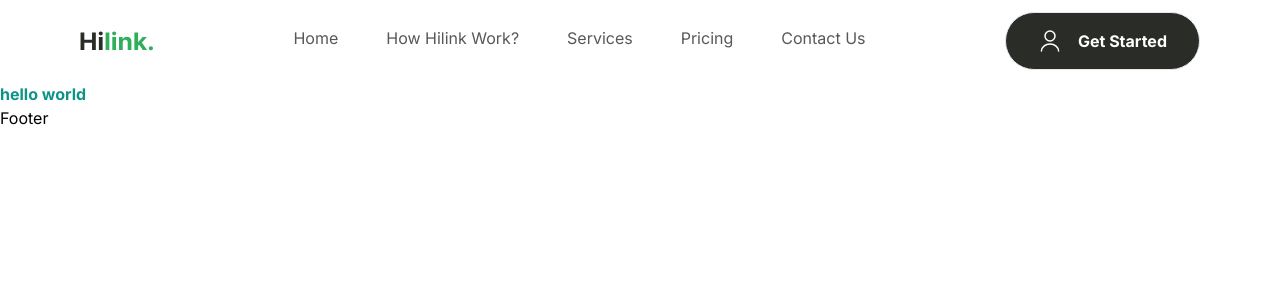
Repository: martin-raphael/travel_agency
Page: /
The author's editor kept a copy of each file at every save. The page is drawn from the files as they stood at one save, then again after the next save.
The browser window is 1280 px wide. The pictures show the whole page.
The project was rebuilt for these pictures with package versions that can differ from the ones it lists, and the page was loaded fresh each time. The framework's server and built-in components were replaced by stand-ins that run in the browser. Also part of the build but not shown: next.config.mjs.

Above is the page before, as saved 2024-08-08 17:18:02.

After the next save:
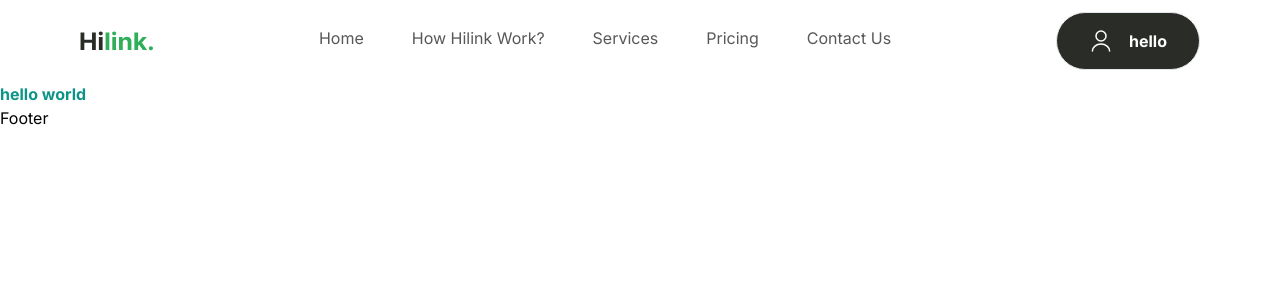
Saved 27 s later.
--- a/components/Navbar.tsx
+++ b/components/Navbar.tsx
@@ -23,7 +23,7 @@ const Navbar = () => {
        <div className=" lg:flexCenter hidden">
         <Button
         type="button"
-        title="Get Started"
+        title="hello"
         icon="/user.svg"
         variant="btn_dark_green"/>
        </div>
